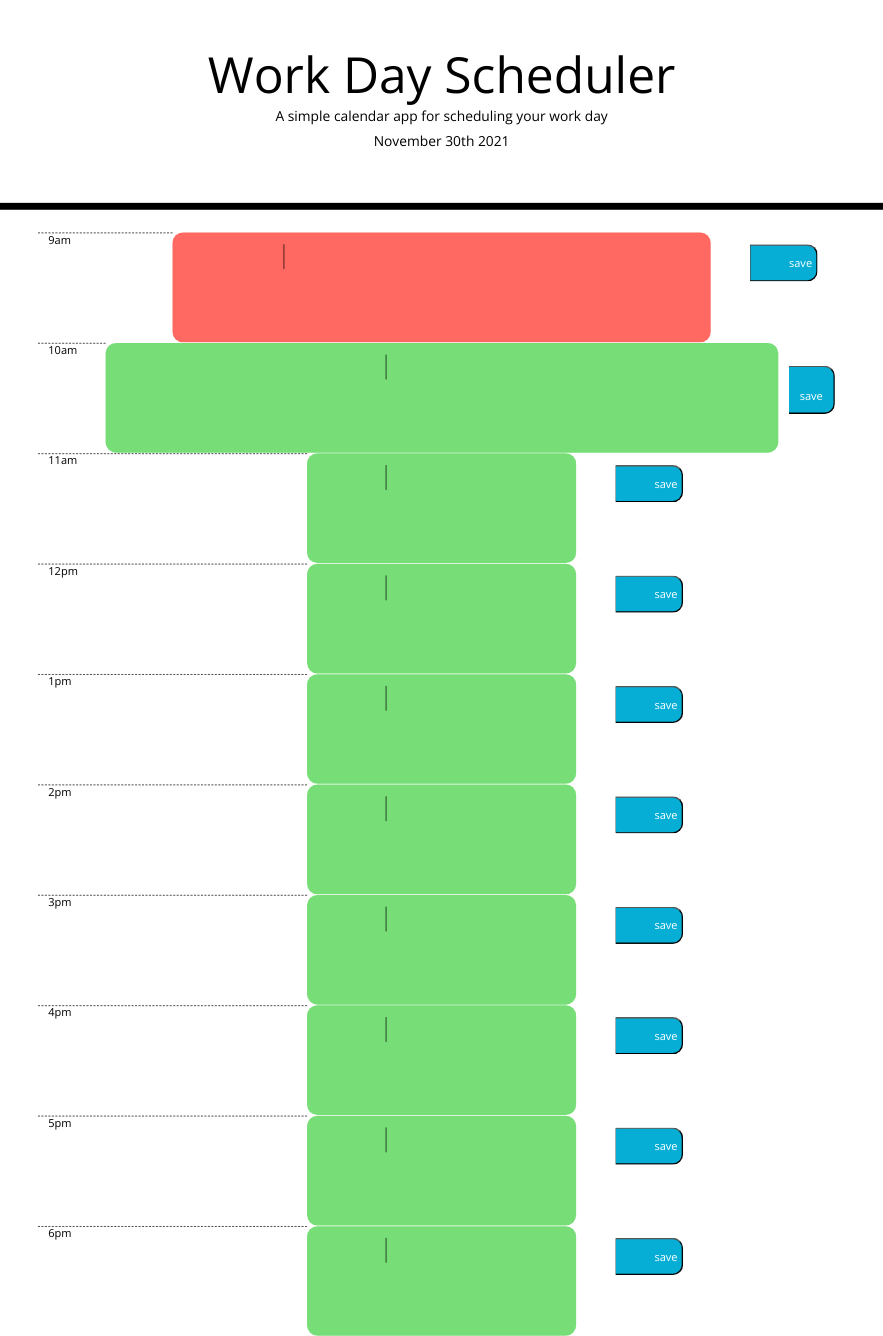
Repository: Naomilounsbury/work-day-scheduler
Page: index.html
These files come from the project's save history. The page is drawn as it stood at one moment and after the next save; the edit follows.
The browser window is 1280 px wide. The pictures show the whole page, at 69% of full size.
Some web libraries are served in a nearby version.

Above is the page before, as saved 2021-12-05 17:09:47.

### index.html
<!DOCTYPE html>
<html lang="en">

<head>
  <meta charset="UTF-8" />
  <meta name="viewport" content="width=device-width, initial-scale=1.0" />
  <meta http-equiv="X-UA-Compatible" content="ie=edge" />
  <link rel="stylesheet" href="https://stackpath.bootstrapcdn.com/bootstrap/4.3.1/css/bootstrap.min.css" />
  <link rel="stylesheet" href="https://use.fontawesome.com/releases/v5.8.1/css/all.css"
    integrity="sha384-50oBUHEmvpQ+1lW4y57PTFmhCaXp0ML5d60M1M7uH2+nqUivzIebhndOJK28anvf" crossorigin="anonymous" />
  <link href="https://fonts.googleapis.com/css?family=Open+Sans&display=swap" rel="stylesheet" />
  <link rel="stylesheet" href="./assets/css/style.css" />
  <title>Work Day Scheduler</title>
</head>

<body>
  <header class="jumbotron">
    <h1 class="display-3">Work Day Scheduler</h1>
    <p class="lead">A simple calendar app for scheduling your work day</p>
    <p id="currentDay" class="lead"></p>
  </header>
  <div class>
    <!-- Timeblocks go here -->
    <table class="container">
      <tr class="row">
        <td class="hour col-2">9am</td>
        <td class="time-block col-8" id="9">          <!-- all of my textareas are called btn which is ironic because they arent btns -->
          <textarea id="btn9" class="col-8" rows="2" cols="30">
          </textarea>
        </td>
        <td class="col-2">
          <button class="saveBtn" value="9">
            save
          </button>
        </td>
      </tr>
      <tr class="row">
        <td class="hour col-1">10am</td>
        <td class="time-block col-10" id="10">
          <textarea id="btn10">
            </textarea>
        </td>
        <td class="col-1">
          <button class="saveBtn" value="10">
            save
          </button>
        </td>
      </tr>
      <tr class="row">
        <td class="hour col">11am</td>
        <td class="time-block col" id="11">
          <textarea id="btn11">
            </textarea>
        </td>
        <td class="col">
          <button class="saveBtn" value="11">
            save
          </button>
        </td>
      </tr>
      <tr class="row">
        <td class="hour col">12pm</td>
        <td class="time-block col" id="12">
          <textarea id="btn12">
            </textarea>
        </td>
        <td class="col">
          <button class="saveBtn" value="12">
            save
          </button>
        </td>
      </tr>
      <tr class="row">
        <td class="hour col">1pm</td>
        <td class="time-block col" id="13">
          <textarea id="btn13">
            </textarea>
        </td>
        <td class="col">
          <button class="saveBtn" value="13">
            save
          </button>
        </td>
      </tr>
      <tr class="row">
        <td class="hour col">2pm</td>
        <td class="time-block col" id="14">
          <textarea id="btn14">
            </textarea>
        </td>
        <td class="col">
          <button class="saveBtn" value="14">
            save
          </button>
        </td>
      </tr>
      <tr class="row">
        <td class="hour col">3pm</td>
        <td class="time-block col" id="15">
          <textarea id="btn15">
          </textarea>
        </td>
        <td class="col">
          <button class="saveBtn" value="15">
            save
          </button>
        </td>
      </tr>
      <tr class="row">
        <td class="hour col">4pm</td>
        <td class="time-block col" id="16">
          <textarea id="btn16">
            </textarea>
        </td>
        <td class="col">
          <button class="saveBtn" value="16">
            save
          </button>
        </td>
      </tr>
      <tr class="row">
        <td class="hour col">5pm</td>
        <td class="time-block col" id="17">
          <textarea id="btn17">
            </textarea>
        </td>
        <td class="col">
          <button class="saveBtn" value="17">
            save
          </button>
        </td>
      </tr>
      <tr class="row">
        <td class="hour col">6pm</td>
        <td class="time-block col" id="18">
          <textarea id="btn18">
            </textarea>
        </td>
        <td class="col">
          <button class="saveBtn" value="18">
            save
          </button>
        </td>
      </tr>
    </table>
  </div>

  <!-- I didnt actually use jquery -->
  <script src="https://code.jquery.com/jquery-3.4.1.min.js"></script>
  <script src="https://cdnjs.cloudflare.com/ajax/libs/moment.js/2.24.0/moment.min.js"></script>
  <script src="assets/js/script.js"></script>
</body>

</html>

### assets/css/style.css
body {
  font-family: 'Open Sans', sans-serif;
  font-size: 16px;
  line-height: 1;
}

textarea{
  background: transparent;
  border: none;
  resize: none;
  color: #000000;
  border-left: 1px solid black;
  /* padding: 10px; */
}

.jumbotron {
  text-align: center;
  background-color: transparent;
  color: black;
  border-radius: 0;
  border-bottom: 10px solid black;
}

.description{
  white-space: pre-wrap;
}

.time-block{
  text-align: center;
  border-radius: 15px;
}

.row {
  white-space: pre-wrap;
  height: 160px;
  border-top: 1px solid white;;
}

.hour {
  background-color: #ffffff;
  color: #000000;
  border-top: 1px dashed #000000;
}

.past {
  background-color: #d3d3d3;
  color: white;
}

.present {
  background-color: #ff6961;
  color: white;
}

.future {
  background-color: #77dd77;
  color: white;
}

.saveBtn {
  border-left: 1px solid black;
  border-top-right-radius: 15px;
  border-bottom-right-radius: 15px;
  background-color: #06AED5;
  color: white;
}

.saveBtn i:hover {
  font-size: 20px;
  transition: all .3s ease-in-out;
}

### assets/js/script.js
//using moment to get the current time
currentTime = moment();
//connected it to the current day spot in the html
currentDayEl = document.querySelector("#currentDay");
var displayDate = currentTime.format('MMMM Do YYYY');
//backticks are a way of adding dynamic things into a string when used with a dollar sign


currentDayEl.innerText = displayDate
//going to get my timeblock element
//weirdly I didnt have a var in front of this elemnet and it still worked
var timeBlockEl = document.querySelectorAll(".time-block");
//made a function called checkTime to check the current time to compare with the time on the scheduler
var checkTime = function (currentEl) {
    //will maybe hit a block because will use 24 hours as ids but if the current time that I chose from moment is 12 hours they wont match up
    var timeBlock = moment().hour(parseInt(currentEl.id))
    console.log(timeBlock)
    //if the block hour id is less than the current time hour we return the class name past
    if (timeBlock.hour() < currentTime.hour()) {
        return "past"
    }
    if (timeBlock.hour() > currentTime.hour()) {
        return "future"
    }
    if (timeBlock.hour() === currentTime.hour()) {
        return "present"
    }

    //if element is in the past return past
    //if element is in the future return future
    //if element is in the present return present
}
for (i = 0; i <= timeBlockEl.length - 1; i++) {
    //timeblock elements already have the class timeblock. If we just replaced the class with future or present
    //it would erase the class, so we want to add to the class
    //check time returns the new class
    //this creates regular time-block class with past future or present added to it. like when it returns past = "time-block past"

    timeBlockEl[i].className = timeBlockEl[i].className + " " + checkTime(timeBlockEl[i])
}
//we need a function to show us whats happening using the word on because it runs on an event

var onSave = function (event) {
    //so I couldn't figure out why it wasn't pulling the value of the textarea
    //so we looked at w3schools and they said add a .value which honestly should have been intuitive
    //we are using backticks here hecause we want to dynamically change the id and if they click on 10, we want the id to reflect number 10
    //inside the ${} is code that will later be evaulated to a string depending on the button clicked
    if (document.querySelector(`#btn${event.target.value}`).value) {
        //originally put event.target.id but then we realized we didn't have a id on the freaken button but
        //what we did have was a value so we did .value
        var timeBlockEvent = document.querySelector(`#btn${event.target.value}`).value
        //i'm doing a .trim because there is a lot of white space in the value
        localStorage.setItem(`${event.target.value}`, timeBlockEvent.trim())
    }

}
//used jquery to save the onclick here instead of for each in the html
$(".saveBtn").click(onSave)
//we are going to create a timeblock array and go through it to check if local storage has anything for that timeblock
//
var eventArray = [9, 10, 11, 12, 13, 14, 15, 16, 17, 18]


//javascript has a special for loop for going through objects
//according to stack overflow, it can be a for in loop or a for of loop
//and object.keys creates an array to use in a for of loop
for (var key of eventArray) {
    //so this for loop will loop through each item in the array and then going
    //into local storage and getting the number/ eventtext, if there is text in local storage that will be what is
    //saved
    //the backticks make it dynamic and the key is grabbing the key from what was saved
    var eventText = localStorage.getItem(`${key}`)
    //here we are getting our eventText because we named our textarea id btn# which at leastwas consistent
    //and so we are using btn${key} to get the btn# to know what to save
    //need hash in front of btn because its an id
    if (eventText) {
        //I freakin hate this. .value is descriptive and easy to use
        //.val means nothing to me
        $(`#btn${key}`).val(eventText)
    }
}

After the next save:
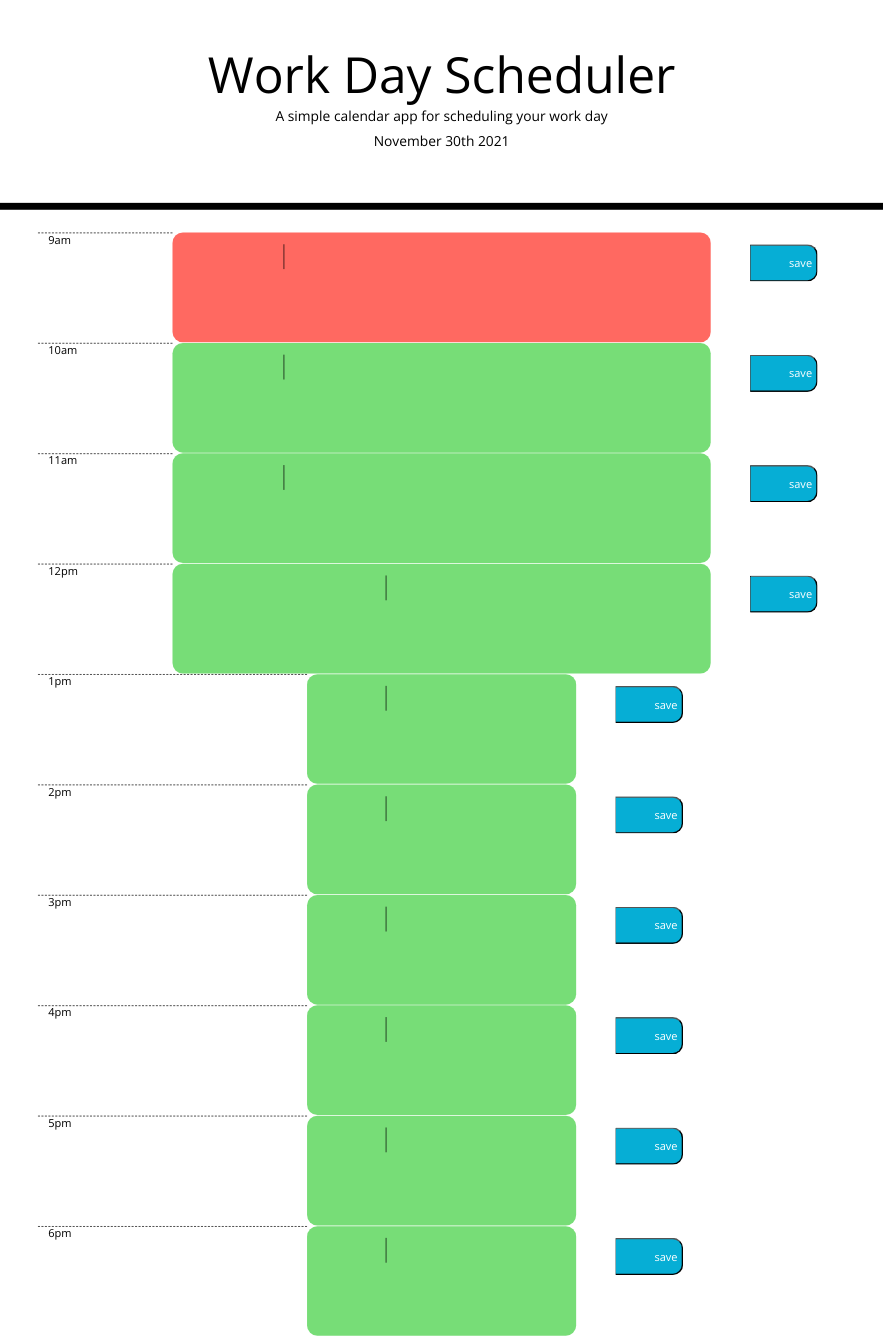
Saved 115 s later.
--- a/index.html
+++ b/index.html
@@ -35,36 +35,36 @@
         </td>
       </tr>
       <tr class="row">
-        <td class="hour col-1">10am</td>
-        <td class="time-block col-10" id="10">
-          <textarea id="btn10">
+        <td class="hour col-2">10am</td>
+        <td class="time-block col-8" id="10">
+          <textarea id="btn10" class="col-8" rows="2" cols="30">
             </textarea>
         </td>
-        <td class="col-1">
+        <td class="col-2">
           <button class="saveBtn" value="10">
             save
           </button>
         </td>
       </tr>
       <tr class="row">
-        <td class="hour col">11am</td>
-        <td class="time-block col" id="11">
-          <textarea id="btn11">
+        <td class="hour col-2">11am</td>
+        <td class="time-block col-8" id="11">
+          <textarea id="btn11" class="col-8" rows="2" cols="30">
             </textarea>
         </td>
-        <td class="col">
+        <td class="col-2">
           <button class="saveBtn" value="11">
             save
           </button>
         </td>
       </tr>
       <tr class="row">
-        <td class="hour col">12pm</td>
-        <td class="time-block col" id="12">
+        <td class="hour col-2">12pm</td>
+        <td class="time-block col-8" id="12">
           <textarea id="btn12">
             </textarea>
         </td>
-        <td class="col">
+        <td class="col-2">
           <button class="saveBtn" value="12">
             save
           </button>
